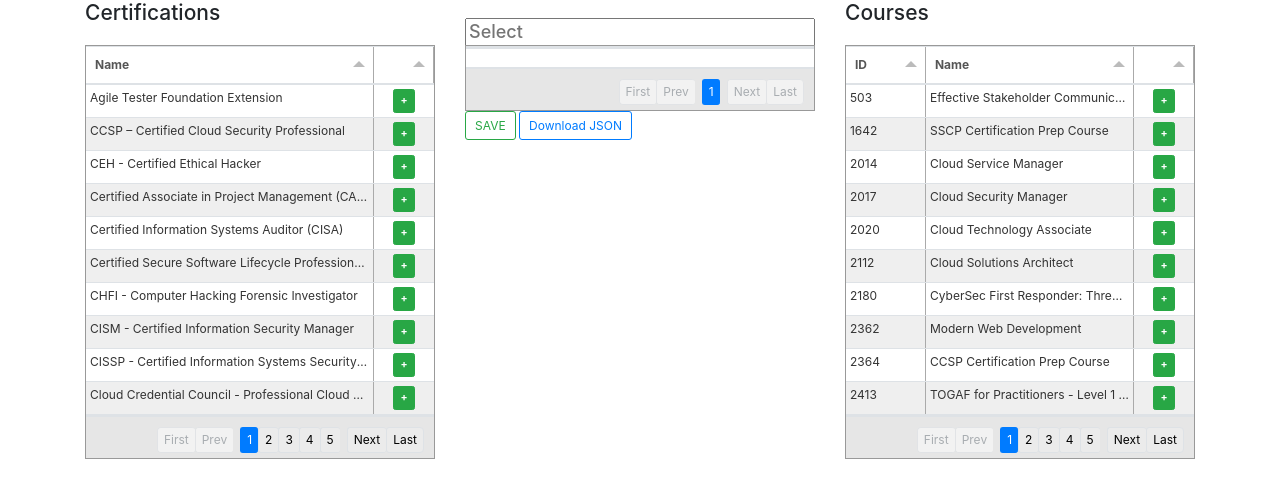
Repository: t1s1/pathfinder2
Page: index.html
The author's editor kept a record of every edit. The page is drawn from the files as they stood at one moment, then again after the next edit.
The browser window is 1280 px wide. The pictures show the whole page.

Above is the page before.

After the next edit:
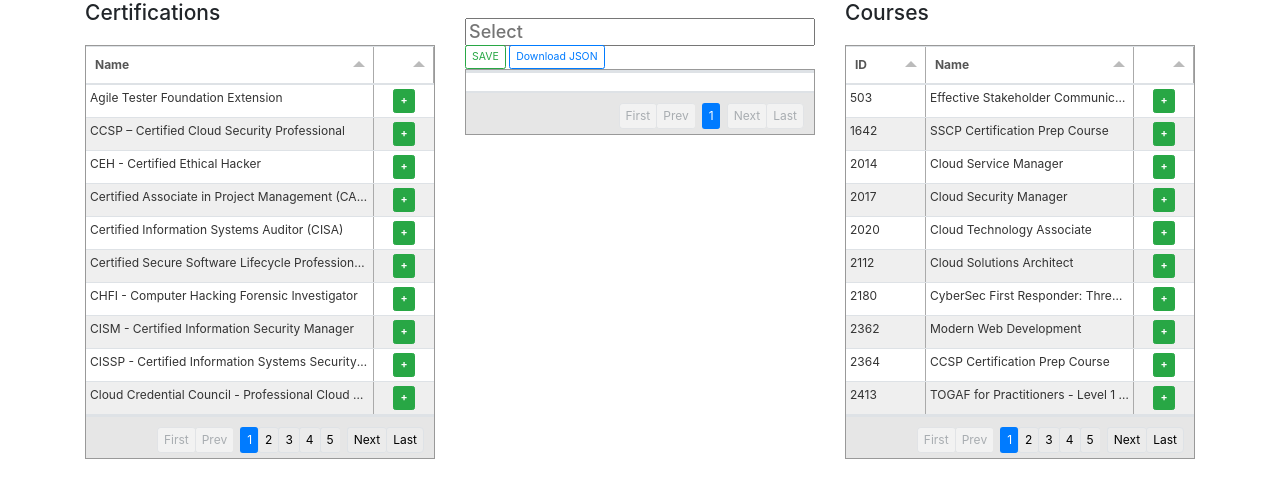
The edit:
--- a/index.html
+++ b/index.html
@@ -41,25 +41,25 @@
 <body>
 <div class="container">
   <div id="col-header" class="row">
-    <div class="h3 col-xl-4">Certifications</div>
-      <div class="col-xl-4">
+    <div class="h3 col-4">Certifications</div>
+      <div class="col-4">
         <small id="root-type" class="text-muted mt-5">&nbsp;</small>
         <input id="root-choice" type="text" class="h4 text-primary w-100" placeholder="Select">
       </div>
-    <div class="h3 col-xl-4">Courses</div>
+    <div class="h3 col-4">Courses</div>
   </div>
   <div id="cols" class="row">
-    <div id="certs" class="table-col col-xl-4">
+    <div id="certs" class="table-col col-4">
       <div id="cert-table"></div>
     </div>
-    <div id="assoc" class="table-col col-xl-4">
+    <div id="assoc" class="table-col col-4">
+      <div class="table-controls">
+        <button id="save-data" class="btn btn-sm btn-outline-success">SAVE</button>
+        <button id="download-json" class="btn btn-sm btn-outline-primary">Download JSON</button>
+      </div>
       <div id="assoc-table"></div>
-      <div class="table-controls">
-        <button id="save-data" class="btn btn-outline-success">SAVE</button>
-        <button id="download-json" class="btn btn-outline-primary">Download JSON</button>
-      </div>
     </div>
-    <div id="courses" class="table-col col-xl-4">
+    <div id="courses" class="table-col col-4">
       <div id="course-table"></div>
     </div>
   </div>
